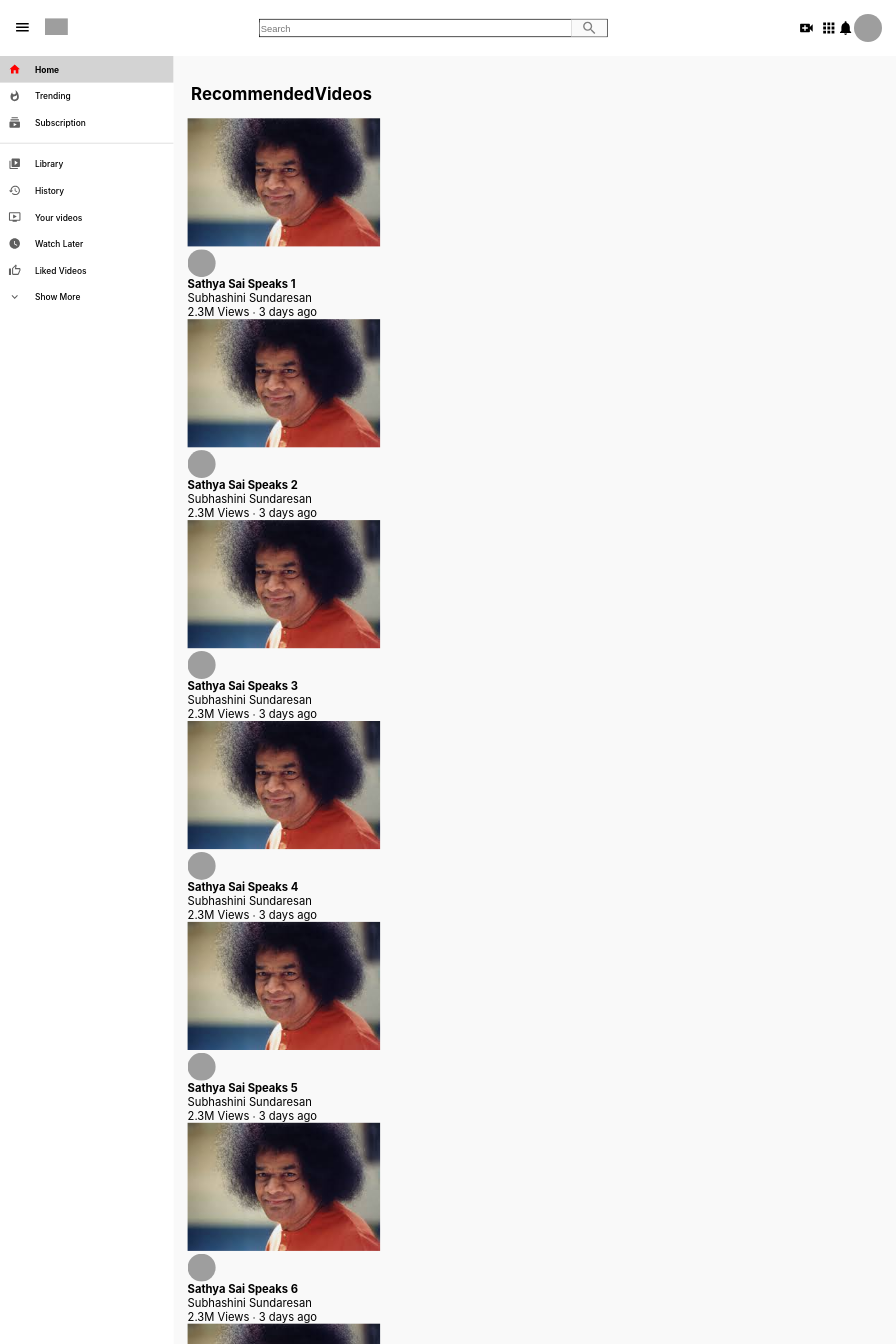
Repository: SubhashiniSundaresan/youtube-clone
Page: /search/
The author's editor kept a copy of each file at every save. The page is drawn from the files as they stood at one save, then again after the next save.
The browser window is 1280 px wide. The pictures show the part of the page from y = 0 to 1920 px (the page is 3039 px tall before and 3439 px after), at 70% of full size.
Pictures or frames that could not be fetched are drawn as grey boxes. The project was rebuilt for these pictures with package versions that can differ from the ones it lists, and the page was loaded fresh each time.

Above is the page before, as saved 2020-12-25 20:26:39.

After the next save:
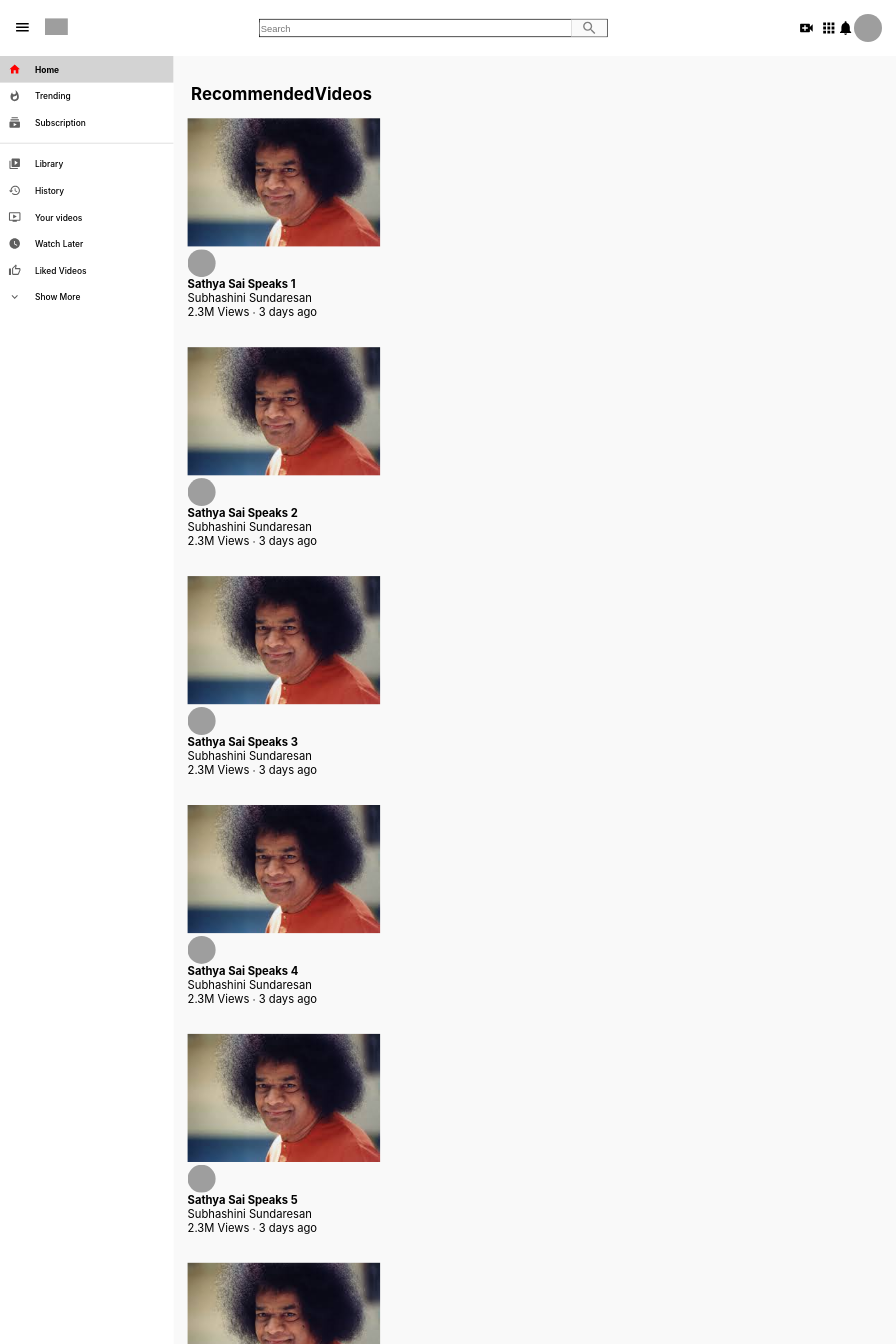
Saved 33 s later.
--- a/src/VideoCard.css
+++ b/src/VideoCard.css
@@ -1 +1,4 @@
-.videoCard
+.videoCard {
+    margin-bottom: 40px;
+    width: 270px;
+}
